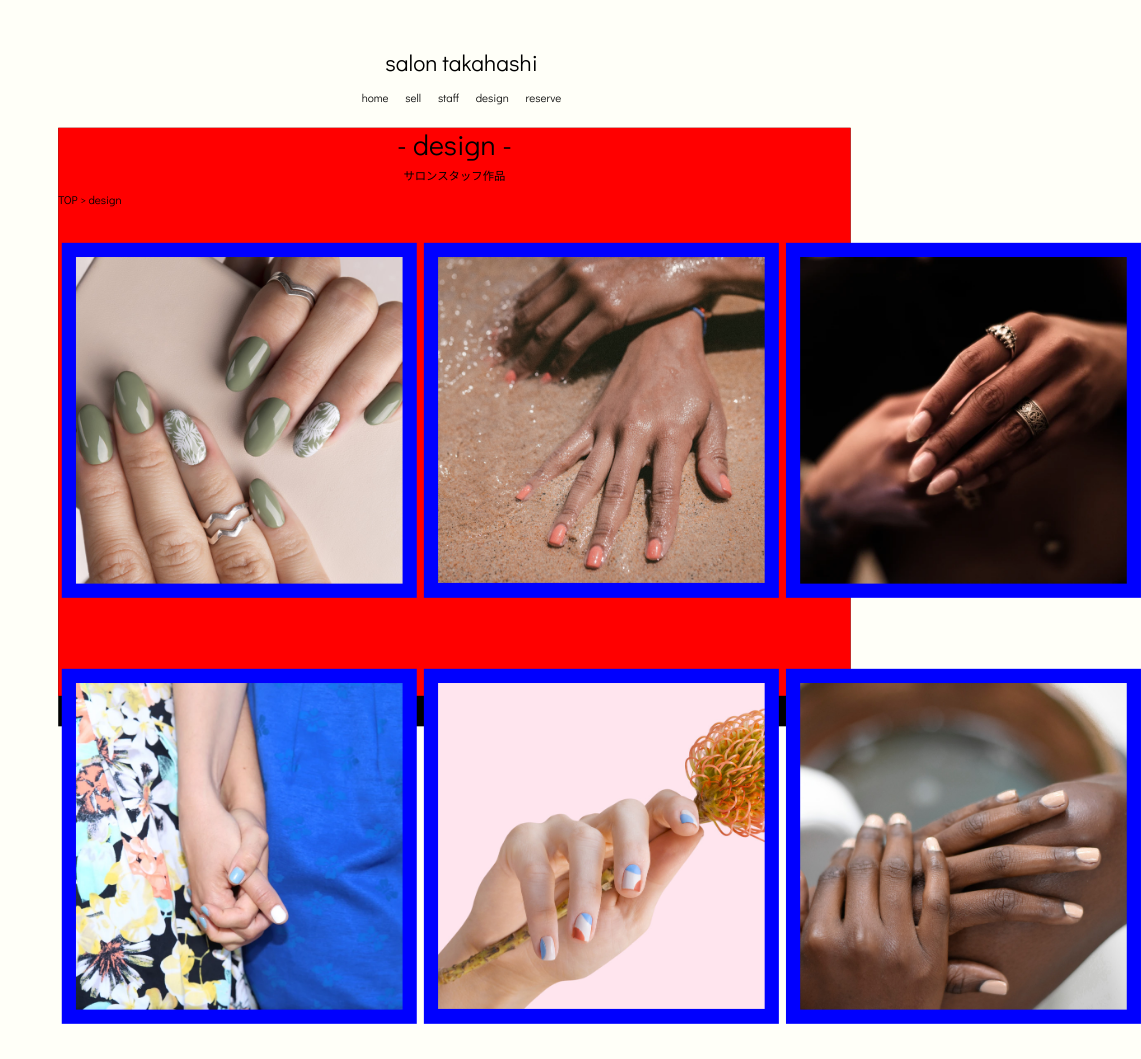
Repository: yukitakahashi1002/salontakahashi-
Page: design.html
The author's editor kept a copy of each file at every save. The page is drawn from the files as they stood at one save, then again after the next save.
The browser window is 1280 px wide. The page is 1607 px wide, so the pictures cover 1607 px, including what lies to the right of the window. The pictures show the whole page, at 71% of full size.

Above is the page before, as saved 2023-08-12 01:56:22.

### design.html
<!DOCTYPE html>
<html>
<head>
    <title>Salon Takahashi - design サロンスタッフ作品 -</title>
    <meta charset="utf-8">
    <meta name="description" content="サロンタカハシのサロンスタッフ作品です">
    <meta name="viewport" content="width=device-width, initial-scale=1.0">
    <link rel="stylesheet" href='https://fonts.googleapis.com/css?family=Didact Gothic'>
    <link rel="stylesheet" href="css/normalize.css">
    <link rel="stylesheet" href="css/style.css">
</head>
<body>
    <!-- ヘッダー -->
    <header>
        <!-- サイトタイトル -->
        <h1>salon takahashi</h1>

        <!-- PC用ナビゲーション -->
        <nav id="nav-pc">
            <a href="/">home</a>
            <a href="sell.html">sell</a>
            <a href="staff.html">staff</a>
            <a href="design.html">design</a>
            <a href="reserve.html">reserve</a>
        </nav>
    </header>
    <main>
        <div class="container">
            <article>
                <!-- design -->
                <section id="design">
                    <div class="section-title">
                        <h2 class="index-h2">- design -</h2>
                        <p>サロンスタッフ作品</p>
                    </div>
                    <div>TOP > design</div>
                    <div id="design-flex">
                        <div class="cover-box">
                            <div class="image-box">
                                <img src="images/11062b_9df65b2e64bf4c59a4779a8c5343cb09~mv2.jpeg" alt="ナチュラルデザイン">
                            </div>
                            <div class="dark-cover">
                                <h3>ナチュラル</h3>
                            </div>
                        </div>
                        <div class="cover-box">
                            <div class="image-box">
                                <img src="images/11062b_0dade67ad0db4ad1a2b6c583999e92bd~mv2.jpg" alt="サマーネイルデザイン">
                            </div>
                            <div class="dark-cover">
                                <h3>サマーネイル</h3>
                            </div>
                        </div>
                        <div class="cover-box">
                            <div class="image-box">
                                <img src="images/11062b_5383a004ba374841aa02b84e27fb6b95~mv2.webp" alt="クラシックデザイン">
                            </div>
                            <div class="dark-cover">
                                <h3>クラシック</h3>
                            </div>
                        </div>
                    </div>
                    <div id="design-flex">
                        <div class="cover-box">
                            <div class="image-box">
                                <img src="images/2def25202e084cf0a39aa2a530291a8a.webp" alt="ポップデザイン">
                            </div>
                            <div class="dark-cover">
                                <h3>ポップ</h3>
                            </div>
                        </div>
                        <div class="cover-box">
                            <div class="image-box">
                                <img src="images/1a7f9b8037f3460ab6f1dd794ecc264a.jpg" alt="カラフルデザイン">
                            </div>
                            <div class="dark-cover">
                                <h3>カラフル</h3>
                            </div>
                        </div>
                        <div class="cover-box">
                            <div class="image-box">
                                <img src="images/11062b_bb28f763d86a4318a737d28d7846d319~mv2.jpg" alt="シンプルデザイン">
                            </div>
                            <div class="dark-cover">
                                <h3>シンプル</h3>
                            </div>
                        </div>
                    </div>
                </section>
            </article>
            <footer>
                <p>salon takahashi</p>
            </footer>
        </div>
    </main>
</body>
</html>

### css/style.css
@charset "utf-8";

/*
* *********************************
*　ページ全体に関わるのCSS設定
* *********************************
*/
html *,
::before,
::after {
    box-sizing: border-box;
}

html {
    font-size: 14px;
}
@media (min-width: 768px)  {
    html {
        font-size: 16px;
    }
}

body {
    font-family: 'Didact Gothic', sans-serif;
    background-color: #FFFFF8;
    height: 100vh;
    box-sizing: border-box;
    padding: 20px;
}

/* 標準的なリンクのテキストの色 */
a {
    color: #f30;
}



/*=============
PC用のスタイル
==============*/
/* 横幅設定 */
body {
    max-width: 1800px;
    min-width: 960px;
    margin: 0 auto 0 auto;
}

/* ヘッダー */
header {
    text-align: center;
    margin-top: 50px;
}
header > h1 {
    margin-left: 20px;
    font-weight: normal;
}

/* ナビゲーションのレイアウト */
#nav-pc > a:link {
    text-decoration: none;
    margin-left: 20px;
    color: #0d0d0d;
}

#nav-pc > a:visited {
    color: #0d0d0d;
}

#nav-pc > a:hover {
    color: #0d0d0d;
    text-decoration: underline;
}

#nav-pc > a:active {
    color: #0d0d0d;
}

/* メインビジュアル */
.container {
    margin: 0 auto;
    width: 90%;
    background-color: black;

}

#main-visual {
    text-align: center;
}

#main-message > h1 {
    font-size: 60px;
    margin: 100px auto 0 auto;
    font-weight: normal;
}
#main-message > p {
    font-size: 20px;
}

#main-visual > img {
    margin: 80px auto 0 auto;
}

/* 見出し */
.section-title {
    text-align: center;
}
.section-title > P {
    margin-top: -20px;
}


h2 {
    font-weight: normal;
    font-size: 40px;
}

h3 {
    font-size: 20px;
    line-height: 40px;
}

/* メニュー */
#menu {
    margin: 100px auto 80px auto;
    width: 100%;
}

/* メニューセクションのフレックス部分 */
#menu-flex {
    width: 100%;
    display: flex;
    justify-content: space-between;
}

#menu-flex > div {
    width: 50%;
    height: 600px;
    margin-top: 50px;
}

.menu-flex-left {
    display: flex;
    align-items: flex-start;
    position: relative;
    margin-right: 20px;
    margin-left: 20px;
}

.menu-flex-left > img {
    width: 100%;
}

.placebox-left {
    width: 30%;
    position: absolute;
    top: 25%;
    left: 50%;
    -ms-transform: translate(-50%, -50%);
    -webkit-transform: translate(-50%, -50%);
    transform: translate(-50%, -50%);
    margin: 0;
    padding: 0;
    background-color: #666666;
    opacity: 0.5;
    color: #FFFFFF;
    text-align: center;
    font-weight: bold;
}

/* 商品ページの商品コメント */
.sell-description-left {
    width: 80%;
    position: absolute;
    bottom: 0;
    left: 55%;
    -ms-transform: translate(-50%, -50%);
    -webkit-transform: translate(-50%, -50%);
    transform: translate(-50%, -50%);
    margin: 0;
    padding: 0;
    text-align: left;
}

/* スタッフセクションのフレックス部分 */
.staff-flex {
    text-align: center;
    margin: 3rem 0 0 0;
}

.menu-flex-right {
    display: flex;
    align-items: flex-end;
    position: relative;
    margin-right: 20px;
    margin-left: 20px;
}


.menu-flex-right > img {
    width: 100%;
}

.placebox-right {
    width: 30%;
    position: absolute;
    bottom: 10%;
    right: 20%;
    -ms-transform: translate(-50%, -50%);
    -webkit-transform: translate(-50%, -50%);
    transform: translate(-50%, -50%);
    margin: 0;
    padding: 0;
    background-color: #666666;
    opacity: 0.5;
    color: #FFFFFF;
    text-align: center;
    font-weight: bold;
}

/* 商品ページの商品コメント */
.sell-description-right {
    width: 80%;
    position: absolute;
    top: 5%;
    right: 23%;
    -ms-transform: translate(0, -50%);
    -webkit-transform: translate(0, -50%);
    transform: translate(0, -50%);
    margin: 0;
    padding: 0;
    text-align: left;
}

/* デザインセクションのフレックス部分 */
#design-flex {
    display: flex;
    width: 90%;
    justify-content: space-between;
}

/* デザイン画像 */
.cover-box {
    position: relative;
    margin: 50px 5px;
    transition: transform 0.3s ease;
    background-color: blue;
}

.image-box > img {
    width: 500px;
    height: auto;
    padding: 20px;
    vertical-align: bottom;
}

.dark-cover > h3 {
    opacity: 0;
    position: absolute;
    top: 10px;
    left: 30px;
}

.dark-cover:hover > h3 {
    color: #FFFFFF;
    opacity: 1;
}

/* デザイン画像のホバー時 */
.dark-cover {
    position: absolute;
    top: 0;
    left: 0;
    right: 0;
    bottom: 0;
    z-index: 1;
    opacity: .3;
    transition:  background-color 0.3s ease;
    margin: 20px;
}
.dark-cover:hover {
    background-color: black;
}

.menu-foot {
    text-align: left;
    width: 60%;
    margin: 0 0 0 30%;
}

.menu-foot p {
    margin: 5px 0 5px 0;
    font-size: 16px;
}

#reserve, #design {
    height:800px;
    background-color: red;
}


/* reserveセクションのフレックス部分 */
#reserve-flex {
    display: flex;
    justify-content: center;
    padding: 10px;
    margin: 0 0 100px 0;
}

#reserve-flex > div > img {
    width: 100%;
}

.reserve-item {
    margin: 0 0 0 20px;
}

.reserve-item > p {
    line-height: 30px;
    margin: 30px 0 30px 0;
}

#reserve-flex > div {
    border: 1px solid #E9E9E0;
    margin: 15px;
    padding: 0 0 15px 0;
}

hr {
    border-top: 1px solid #E9E9E0;
    width: 90%;
    margin: 0 0 -15px 0;
}

button {
    background: #816E7C;
    border-radius: 0;
    border: none;
    padding: 10px 20px;
    text-align: center;
    color: #FFF;
}
button:hover {
    background: #A799A0;
}

/* インフォメーション */
#information {
    margin: 100px auto 80px auto;
    width: 100%;
}

/* 表部分 */
/* height: 330px;効かない */
table {
    border-collapse:collapse;
    border-spacing: 0;
    height: 330px;
}

/* .information-table > td だと効かない */
.infomertion-left {
    width: 50%;
    height: 200px;
    background-color: #F2F2F2;
    text-align: center;
    vertical-align: center;
    line-height: 40px;
}

.infomertion-right {
    width: 50%;
    /* height: 200px; */
}

strong {
    font-size: 30px;
}

footer {
    width: 100%;
    margin: 0 auto;
    text-align: center;
}

footer p {
    font-size: 20px;
}

/* 予約フォーム */
#reserve-form {
    margin: 80px auto 80px auto;
}

/* 外枠 */
#reserve-form > form > div {
    display: flex;
    flex-direction: row;
    flex-wrap: wrap;
    padding-bottom: 30px;
}

/* 左列の見出し */
.form-heading {
    width: 240px;
    align-self: center;
}

/* 見出しのラベル */
.form-label {
    font-weight: bold;
}

/* 必須 */
.form-span {
    color: #ce2222;
    margin: 0 0 0 20px;
    font-weight: bold;
}

Loaded but not shown: css/normalize.css (library)

After the next save:
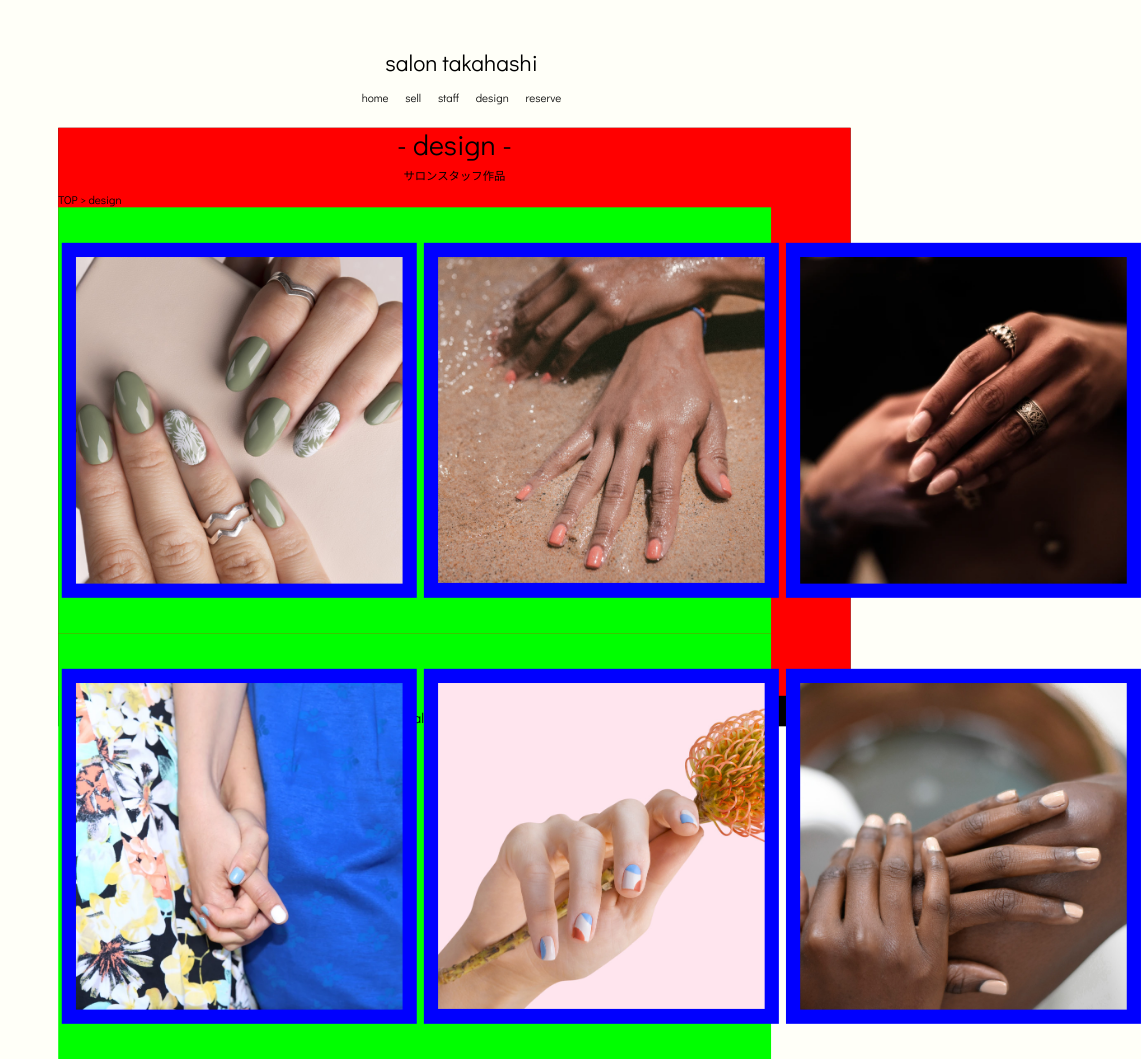
Saved 87 s later.
--- a/css/style.css
+++ b/css/style.css
@@ -236,6 +236,7 @@ h3 {
     display: flex;
     width: 90%;
     justify-content: space-between;
+    background-color: lime;
 }
 
 /* デザイン画像 */
